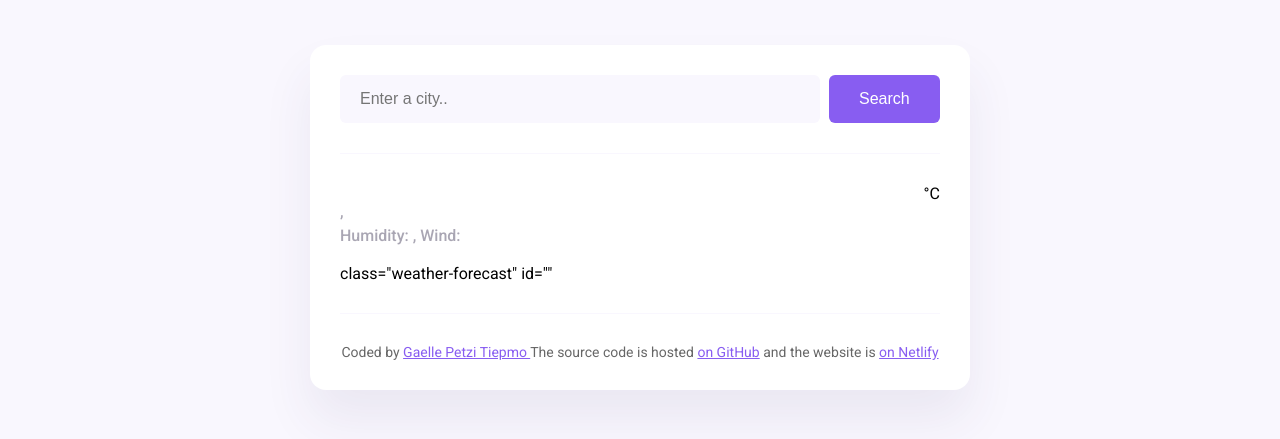
Repository: OnwardForward/meteo.by.gaelle
Page: meteo.appbygaelle.html
An editor plug-in stored every save of this project. The page is shown before and after the next save, followed by the edit.
The browser window is 1280 px wide. The pictures show the whole page.
The page's requests for data from a server got no answer. Some web libraries are served in a nearby version.

Above is the page before, as saved 2024-04-22 18:31:30.
Console error: TypeError: Cannot set properties of null (setting 'innerHTML')

### meteo.appbygaelle.html
<!DOCTYPE html>
<html lang="en">
  <head>
    <meta charset="UTF-8" />
    <meta name="viewport" content="width=device-width, initial-scale=1.0" />
    <link rel="preconnect" href="https://fonts.googleapis.com" />
    <link rel="preconnect" href="https://fonts.gstatic.com" crossorigin />
    <link
      href="https://fonts.googleapis.com/css2?family=Roboto:ital,wght@0,100;0,300;0,400;0,500;0,700;0,900;1,100;1,300;1,400;1,500;1,700;1,900&display=swap"
      rel="stylesheet"
    />
    <link rel="stylesheet" href="src\styles.css" />
    <script src="https://cdn.jsdelivr.net/npm/axios@1.1.2/dist/axios.min.js"></script>
    <title>Meteo App</title>
  </head>
  <body>
    <div class="weather-app">
      <header>
        <form class="search-form" id="search-form">
          <input
            type="search"
            placeholder="Enter a city.."
            required
            id="search-form-input"
            class="search-form-input"
          />
          <input type="submit" value="Search" class="search-form-button" />
        </form>
      </header>
      <main>
        <div class="weather-app-data">
          <div>
            <h1 class="weather-app-city" id="city"></h1>
            <p class="weather-app-details">
              <span id="time"></span>,
              <span id="description"></span>
              <br />
              Humidity: <strong id="humidity"></strong>, Wind:
              <strong id="wind-speed"></strong>
            </p>
          </div>
          <div class="weather-app-temperature-container">
            <div id="icon"></div>
            <div class="weather-app-temperature" id="temperature"></div>
            <div class="weatehr-app-unit">°C</div>
          </div>
        </div>
        <div> class="weather-forecast" id=""</div>
      </main>

      <footer>
        Coded by <a href="https://github.com/OnwardForward" target="_blank"> Gaelle Petzi Tiepmo </a>
        The source code is hosted <a href="https://github.com/OnwardForward/meteo.by.gaelle" target="_blank">on GitHub</a>
        and the website is <a href="https://meteo-by-gaellept.netlify.app" target="_blank"> on Netlify</a>

      </footer>
    </div>
    <script src="src/index.js"></script>
  </body>
</html>

### src/styles.css
body {
  background-color: #f9f7fe;
  font-family: "Roboto", sans-serif;
}

a {
  color: #885df1;
}

.weather-app {
  background: white;
  max-width: 600px;
  margin: 45px auto;
  box-shadow: 0 30px 50px rgba(65, 50, 100, 0.08);
  border-radius: 16px;
  padding: 30px;
}

header {
  border-bottom: 1px solid #f9f7fe;
  padding: 0 0 30px 0;
}

.search-form-input {
  background-color: #f9f7fe;
  border: none;
  border-radius: 6px;
  width: 80%;
  font-size: 16px;
  padding: 15px 20px;
}

.search-form-button {
  background: #885df1;
  padding: 15px 30px;
  border: none;
  font-size: 16px;
  margin-left: 5px;
  border-radius: 6px;
  color: white;
}

main {
  padding: 30px 0;
}

.weather-app-data {
  display: flex;
  justify-content: space-between;
}

.weather-app-city {
  margin: 0;
  font-size: 38px;
  line-height: 48px;
}

.weather-app-details {
  font-size: 16px;
  color: rgba(39, 33, 66, 0.4);
  line-height: 24px;
  font-weight: 500;
}

.weather-app-details strong {
  color: #f65282;
}

.weather-app-temperature-container {
  display: flex;
}

.weather-app-icon {
  width: 88px;
  height: 88px;
}

.weather-app-temperature {
  font-size: 88px;
  line-height: 88px;
  font-weight: bold;
}

.weather-app-unit {
  margin-top: 6px;
  font-size: 28px;
}

footer {
  border-top: 1px solid #f9f7fe;
  padding: 30px 0 0 0;
  text-align: center;
  font-size: 14px;
  color: rgba(0, 0, 0, 0.6);
}

### src/index.js
function refreshWeather(response) {
  let temperatureElement = document.querySelector("#temperature");
  let temperature = response.data.temperature.current;
  let cityElement = document.querySelector("#city");
  let descriptionElement = document.querySelector("#description");
  let humidityElement = document.querySelector("#humidity");
  let windSpeedElement = document.querySelector("#wind-speed");
  let timeElement = document.querySelector("#time");
  let date = new Date(response.data.time * 1000);
  let iconElement = document.querySelector("#icon");

  cityElement.innerHTML = response.data.city;
  timeElement.innerHTML = formatDate(date);
  descriptionElement.innerHTML = response.data.condition.description;
  humidityElement.innerHTML = `${response.data.temperature.humidity}%`;
  windSpeedElement.innerHTML = `${response.data.wind.speed}km/h`;
  temperatureElement.innerHTML = Math.round(temperature);
  iconElement.innerHTML = `<img src="${response.data.condition.icon_url}" class="weather-app-icon" />`;
}

function formatDate(date) {
  let minutes = date.getMinutes();
  let hours = date.getHours();
  let days = [
    "Sunday",
    "Monday",
    "Tuesday",
    "Wednesday",
    "Thursday",
    "Friday",
    "Saturday",
  ];
  let day = days[date.getDay()];

  if (minutes < 10) {
    minutes = `0${minutes}`;
  }

  return `${day} ${hours}:${minutes}`;
}

function searchCity(city) {
  let apiKey = "b2a5adcct04b33178913oc335f405433";
  let apiUrl = `https://api.shecodes.io/weather/v1/current?query=${city}&key=${apiKey}`;
  axios.get(apiUrl).then(refreshWeather);
}

function handleSearchSubmit(event) {
  event.preventDefault();
  let searchInput = document.querySelector("#search-form-input");

  searchCity(searchInput.value);
}

function displayForecast() {
  let days = ["Tue", "Wed", "Thu", "Fri", "Sat"];
  let forecastHtml = "";

  days.forEach(function (day) {
    forecastHtml =
      forecastHtml +
      `
      <div class="weather-forecast-day">
        <div class="weather-forecast-date">${day}</div>
        <div class="weather-forecast-icon">🌤️</div>
        <div class="weather-forecast-temperatures">
          <div class="weather-forecast-temperature">
            <strong>15º</strong>
          </div>
          <div class="weather-forecast-temperature">9º</div>
        </div>
      </div>
    `;
  });

  let forecastElement = document.querySelector("#forecast");
  forecastElement.innerHTML = forecastHtml;
}

let searchFormElement = document.querySelector("#search-form");
searchFormElement.addEventListener("submit", handleSearchSubmit);

searchCity("Houston");
displayForecast();

After the next save:
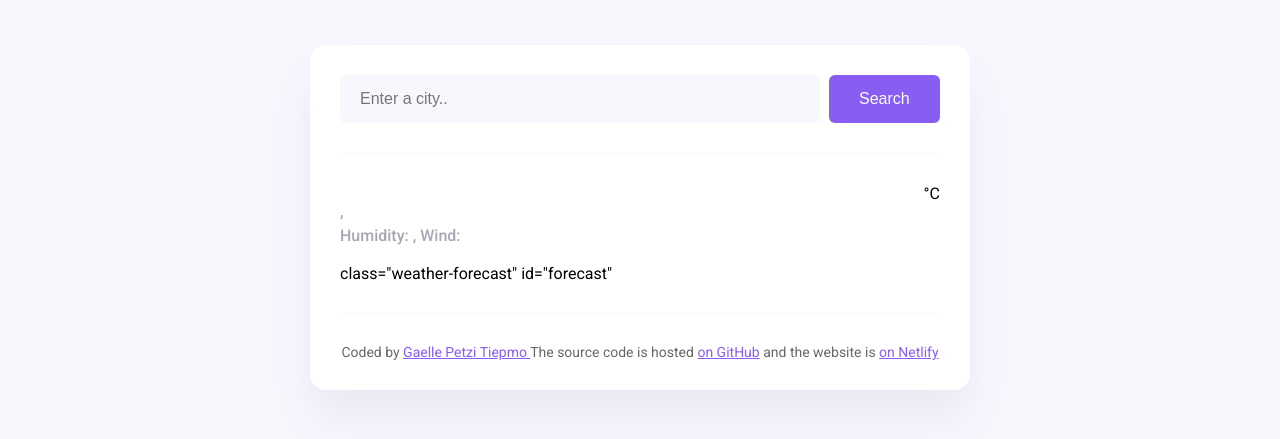
Saved 8 s later.
--- a/meteo.appbygaelle.html
+++ b/meteo.appbygaelle.html
@@ -45,7 +45,7 @@
             <div class="weatehr-app-unit">°C</div>
           </div>
         </div>
-        <div> class="weather-forecast" id=""</div>
+        <div> class="weather-forecast" id="forecast"</div>
       </main>
 
       <footer>
